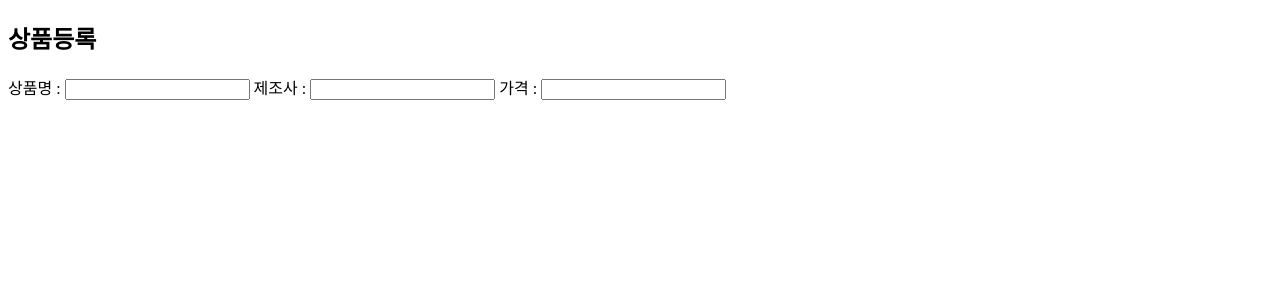
Repository: emily-hong/Maven-study
Page: workshop01/src/main/webapp/index.html
The author's editor kept a copy of each file at every save. The page is drawn from the files as they stood at one save, then again after the next save.
The browser window is 1280 px wide. The pictures show the whole page.

Above is the page before, as saved 2024-10-02 09:15:29.

### workshop01/src/main/webapp/index.html
<!DOCTYPE html>
<html>
<head>
<meta charset="UTF-8">
<title>Insert title here</title>
</head>
<body>
	<h2>상품등록</h2>
	<form action="">
		상품명 : <input type="text" name="name" id="name"/>
		제조사 : <input type="text" name="maker" id="maker">
		가격 : <input type="number" name="price" id="price">
	</form>



</body>
</html>

After the next save:
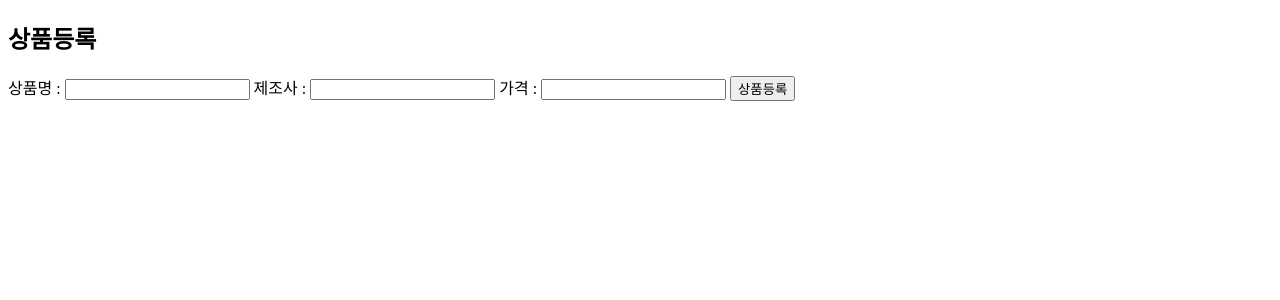
Saved 21 s later.
--- a/workshop01/src/main/webapp/index.html
+++ b/workshop01/src/main/webapp/index.html
@@ -10,6 +10,7 @@
 		상품명 : <input type="text" name="name" id="name"/>
 		제조사 : <input type="text" name="maker" id="maker">
 		가격 : <input type="number" name="price" id="price">
+		<input type="submit" value="상품등록">
 	</form>
 
 
